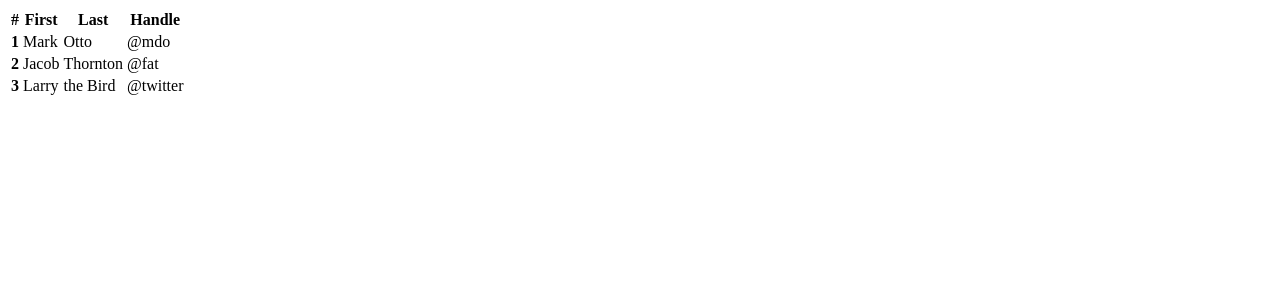
Repository: sukantg-007/Servlet-Examples
Page: http://localhost/webapp17/showproduct.jsp
An editor plug-in stored every save of this project. The page is shown before and after the next save, followed by the edit.
The browser window is 1280 px wide. The pictures show the whole page.
The page is served by Tomcat 9. Other server files are loaded and not shown.

Above is the page before, as saved 2021-11-14 07:49:44.

### webapp17/WebContent/showproduct.jsp
<%@ page language="java" contentType="text/html; charset=ISO-8859-1"
    pageEncoding="ISO-8859-1"%>
    <%@taglib uri="http://java.sun.com/jsp/jstl/core" prefix="c" %>
    <%@taglib uri="http://java.sun.com/jsp/jstl/fmt" prefix="fmt"%>
<!DOCTYPE html>
<html>
<head>
<meta charset="ISO-8859-1">
<title>Insert title here</title>
</head>
<body>
<table class="table">
  <thead class="thead-dark">
    <tr>
      <th scope="col">#</th>
      <th scope="col">First</th>
      <th scope="col">Last</th>
      <th scope="col">Handle</th>
    </tr>
  </thead>
  <tbody>
    <tr>
      <th scope="row">1</th>
      <td>Mark</td>
      <td>Otto</td>
      <td>@mdo</td>
    </tr>
    <tr>
      <th scope="row">2</th>
      <td>Jacob</td>
      <td>Thornton</td>
      <td>@fat</td>
    </tr>
    <tr>
      <th scope="row">3</th>
      <td>Larry</td>
      <td>the Bird</td>
      <td>@twitter</td>
    </tr>
  </tbody>
</table>
</body>
</html>

After the next save:
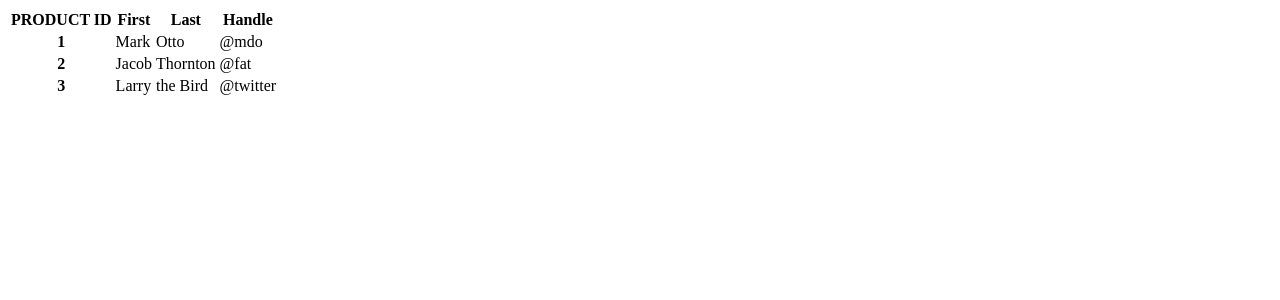
Saved 47 s later.
--- a/webapp17/WebContent/showproduct.jsp
+++ b/webapp17/WebContent/showproduct.jsp
@@ -12,7 +12,7 @@
 <table class="table">
   <thead class="thead-dark">
     <tr>
-      <th scope="col">#</th>
+      <th scope="col">PRODUCT ID</th>
       <th scope="col">First</th>
       <th scope="col">Last</th>
       <th scope="col">Handle</th>
